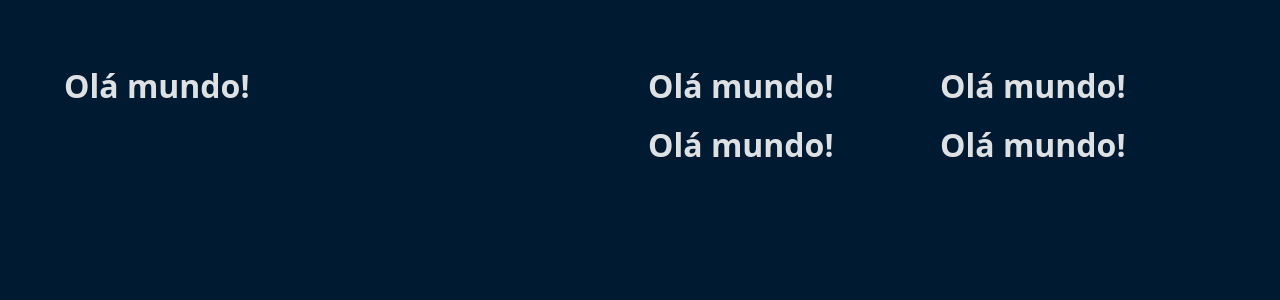
Repository: pedroantoniosi/ngm-esports-site
Page: /
The author's editor kept a copy of each file at every save. The page is drawn from the files as they stood at one save, then again after a run of saves.
The browser window is 1280 px wide. The pictures show the whole page.
The project was rebuilt for these pictures with package versions that can differ from the ones it lists, and the page was loaded fresh each time. Also part of the build but not shown: vite.config.ts.

Above is the page before, as saved 2025-10-26 00:54:38.

### index.html
<!doctype html>
<html lang="en">
  <head>
    <meta charset="UTF-8" />
    <link rel="icon" type="image/svg+xml" href="/vite.svg" />
    <meta name="viewport" content="width=device-width, initial-scale=1.0" />
    <title>ngmesports</title>
  </head>
  <body>
    <div id="root"></div>
    <script type="module" src="/src/main.tsx"></script>
  </body>
</html>

### src/main.tsx
import { StrictMode } from "react";
import { createRoot } from "react-dom/client";
import "./index.css";
import "./reset.css";
import App from "./App.tsx";

createRoot(document.getElementById("root")!).render(
  <StrictMode>
    <App />
  </StrictMode>
);

### src/index.css
:root {
  font-family: system-ui, Avenir, Helvetica, Arial, sans-serif;
  font-weight: 400;

  color-scheme: light dark;
  color: rgba(255, 255, 255, 0.87);
  background-color: #001A32;

  font-synthesis: none;
  text-rendering: optimizeLegibility;
  -webkit-font-smoothing: antialiased;
  -moz-osx-font-smoothing: grayscale;
}

.container {
  margin: 0 auto;
  max-width: 1660px;
}




.hero-container {
  background-color: red;
  min-height: 100svh;
  background-image: url('./assets/img/banner.png');
  background-repeat: no-repeat;
  background-size: cover;
}



.news-content {
  padding: 4rem;
  display: grid;
  grid-template-columns: repeat(4, 1fr);
  grid-template-rows: repeat(2, 1fr);
  gap: 16px;

  & :nth-child(1) {
    grid-column: span 2 / span 2;
    grid-row: span 2 / span 2;
  }

  & :nth-child(2) {
    grid-column-start: 3;
  }

  & :nth-child(3) {
    grid-column-start: 4;
  }

  & :nth-child(4) {
    grid-column-start: 3;
    grid-row-start: 2;
  }

  & :nth-child(5) {
    grid-column-start: 4;
    grid-row-start: 2;
  }
}

### src/reset.css
/* <!-- ----------------------------------------------------------------------------------------------------------------- --> */
*,
*::before,
*::after {
  margin: 0;
  padding: 0;
  box-sizing: border-box;
  font-family: system-ui, -apple-system, BlinkMacSystemFont, "Segoe UI", Roboto, Oxygen, Ubuntu, Cantarell, "Open Sans", "Helvetica Neue", sans-serif;
}

input,
button,
select,
textarea {
  cursor: pointer;
  border: transparent;
  background-color: transparent;
  outline: none;
}

textarea {
  resize: none;
  min-height: 150px;

  /* Scrollbar moderno */
  &::-webkit-scrollbar {
    width: 12px;
    /* largura da barra lateral */
    height: 12px;
    /* altura da barra inferior */
  }

  &::-webkit-scrollbar-track {
    background: #0f0f0f;
    /* fundo do track */
  }

  &::-webkit-scrollbar-thumb {
    background-color: #555;
    border-radius: 10px;
    transition: background-color 0.3s ease;

    &:hover {
      background-color: #777;
      /* efeito hover suave */
    }

    &:active {
      background-color: #999;
      /* quando clica */
    }
  }

  /* Firefox */
  scrollbar-width: thin;
  scrollbar-color: #555 #0f0f0f;
}

ul,
ol {
  list-style: none;
}

a {
  text-decoration: none;
}

img,
picture {
  max-width: 100%;
  display: block;
  height: auto;
}

/* <!-- ----------------------------------------------------------------------------------------------------------------- --> */
.row-auto {
  display: flex;

  &>* {
    display: flex;
    flex: 1;
  }
}

.flex-1 {
  display: flex;
  flex: 1;
}

.flex-wrap {
  display: flex;
  flex-wrap: wrap;
}

/* <!-- ----------------------------------------------------------------------------------------------------------------- --> */
.row,
.row-xl,
.row-lg,
.row-md,
.row-sm {
  display: flex;
  flex-direction: row;
}

.col,
.col-xl,
.col-lg,
.col-md,
.col-sm {
  display: flex;
  flex-direction: column;
}

.row-reverse {
  display: flex;
  flex-direction: row-reverse;
}

.col-reverse {
  display: flex;
  flex-direction: column-reverse;
}

/* <!-- ----------------------------------------------------------------------------------------------------------------- --> */
.justify-center {
  justify-content: center;
}

.justify-around {
  justify-content: space-around;
}

.justify-between {
  justify-content: space-between;
}

.justify-evenly {
  justify-content: space-evenly;
}

.justify-start {
  justify-content: flex-start;
}

.justify-end {
  justify-content: flex-end;
}

/* <!-- ----------------------------------------------------------------------------------------------------------------- --> */
.align-center {
  align-items: center;
}

.align-start {
  align-items: start;
}

.align-end {
  align-items: end;
}

.align-self-center {
  align-self: center;
}

.align-self-start {
  align-self: flex-start;
}

.align-self-end {
  align-self: end;
}

/* <!-- ----------------------------------------------------------------------------------------------------------------- --> */
.gap-05 {
  gap: 0.5rem;
}

.gap-1 {
  gap: 1rem;
}

.gap-2 {
  gap: 2rem;
}

.gap-3 {
  gap: 3rem;
}

.gap-4 {
  gap: 4rem;
}

.gap-5 {
  gap: 5rem;
}

/* <!-- ----------------------------------------------------------------------------------------------------------------- --> */
.grid-auto {
  display: grid;
  grid-auto-flow: column;
  grid-auto-columns: 1fr;
}

.grid-2 {
  grid-template-columns: repeat(2, 1fr);
  grid-template-rows: auto;
}

.grid-3 {
  grid-template-columns: repeat(3, 1fr);
  grid-template-rows: auto;
}

.grid-4 {
  grid-template-columns: repeat(4, 1fr);
  grid-template-rows: auto;
}

.grid-5 {
  grid-template-columns: repeat(5, 1fr);
  grid-template-rows: auto;
}

.grid-6 {
  grid-template-columns: repeat(6, 1fr);
  grid-template-rows: auto;
}

.grid-7 {
  grid-template-columns: repeat(7, 1fr);
  grid-template-rows: auto;
}

.grid-8 {
  grid-template-columns: repeat(8, 1fr);
  grid-template-rows: auto;
}

.grid-9 {
  grid-template-columns: repeat(9, 1fr);
  grid-template-rows: auto;
}

.grid-10 {
  grid-template-columns: repeat(10, 1fr);
  grid-template-rows: auto;
}

.grid-11 {
  grid-template-columns: repeat(11, 1fr);
  grid-template-rows: auto;
}

.grid-12 {
  grid-template-columns: repeat(12, 1fr);
  grid-template-rows: auto;
}

.grid-2,
.grid-3,
.grid-4,
.grid-5,
.grid-6,
.grid-7,
.grid-8,
.grid-9,
.grid-10,
.grid-11,
.grid-12 {
  display: grid;
  grid-template-rows: 1fr;
}

/* <!-- -------------------------------- Margin -------------------------------- --> */
.m-auto {
  margin: 0 auto;
}

.mt-auto {
  margin-top: auto;
}

.mb-auto {
  margin-bottom: auto;
}

.ms-auto {
  margin-left: auto;
}

.me-auto {
  margin-right: auto;
}

.m-0 {
  margin: 0;
}

.m-05 {
  margin: 0.5rem;
}

.m-1 {
  margin: 1rem;
}

.m-2 {
  margin: 2rem;
}

.m-3 {
  margin: 3rem;
}

.m-4 {
  margin: 4rem;
}

.m-5 {
  margin: 5rem;
}

.mt-05 {
  margin-top: 0.5rem;
}

.mt-1 {
  margin-top: 1rem;
}

.mt-2 {
  margin-top: 2rem;
}

.mt-3 {
  margin-top: 3rem;
}

.mt-4 {
  margin-top: 4rem;
}

.mt-5 {
  margin-top: 5rem;
}

.mb-05 {
  margin-bottom: 0.5rem;
}

.mb-1 {
  margin-bottom: 1rem;
}

.mb-2 {
  margin-bottom: 2rem;
}

.mb-3 {
  margin-bottom: 3rem;
}

.mb-4 {
  margin-bottom: 4rem;
}

.mb-5 {
  margin-bottom: 5rem;
}

.ms-05 {
  margin-left: 0.5rem;
}

.ms-1 {
  margin-left: 1rem;
}

.ms-2 {
  margin-left: 2rem;
}

.ms-3 {
  margin-left: 3rem;
}

.ms-4 {
  margin-left: 4rem;
}

.ms-5 {
  margin-left: 5rem;
}

.me-05 {
  margin-right: 0.5rem;
}

.me-1 {
  margin-right: 1rem;
}

.me-2 {
  margin-right: 2rem;
}

.me-3 {
  margin-right: 3rem;
}

.me-4 {
  margin-right: 4rem;
}

.me-5 {
  margin-right: 5rem;
}

.mx-05 {
  margin-left: 0.5rem;
  margin-right: 0.5rem;
}

.mx-1 {
  margin-left: 1rem;
  margin-right: 1rem;
}

.mx-2 {
  margin-left: 2rem;
  margin-right: 2rem;
}

.mx-3 {
  margin-left: 3rem;
  margin-right: 3rem;
}

.mx-4 {
  margin-left: 4rem;
  margin-right: 4rem;
}

.mx-5 {
  margin-left: 5rem;
  margin-right: 5rem;
}

.my-05 {
  margin-top: 0.5rem;
  margin-bottom: 0.5rem;
}

.my-1 {
  margin-top: 1rem;
  margin-bottom: 1rem;
}

.my-2 {
  margin-top: 2rem;
  margin-bottom: 2rem;
}

.my-3 {
  margin-top: 3rem;
  margin-bottom: 3rem;
}

.my-4 {
  margin-top: 4rem;
  margin-bottom: 4rem;
}

.my-5 {
  margin-top: 5rem;
  margin-bottom: 5rem;
}

/* <!-- -------------------------------- Padding -------------------------------- --> */
.p-0 {
  padding: 0;
}

.p-05 {
  padding: 0.5rem;
}

.p-1 {
  padding: 1rem;
}

.p-2 {
  padding: 2rem;
}

.p-3 {
  padding: 3rem;
}

.p-4 {
  padding: 4rem;
}

.p-5 {
  padding: 5rem;
}

.pt-05 {
  padding-top: 0.5rem;
}

.pt-1 {
  padding-top: 1rem;
}

.pt-2 {
  padding-top: 2rem;
}

.pt-3 {
  padding-top: 3rem;
}

.pt-4 {
  padding-top: 4rem;
}

.pt-5 {
  padding-top: 5rem;
}

.pb-05 {
  padding-bottom: 0.5rem;
}

.pb-1 {
  padding-bottom: 1rem;
}

.pb-2 {
  padding-bottom: 2rem;
}

.pb-3 {
  padding-bottom: 3rem;
}

.pb-4 {
  padding-bottom: 4rem;
}

.pb-5 {
  padding-bottom: 5rem;
}

.ps-05 {
  padding-left: 0.5rem;
}

.ps-1 {
  padding-left: 1rem;
}

.ps-2 {
  padding-left: 2rem;
}

.ps-3 {
  padding-left: 3rem;
}

.ps-4 {
  padding-left: 4rem;
}

.ps-5 {
  padding-left: 5rem;
}

.pe-05 {
  padding-right: 0.5rem;
}

.pe-1 {
  padding-right: 1rem;
}

.pe-2 {
  padding-right: 2rem;
}

.pe-3 {
  padding-right: 3rem;
}

.pe-4 {
  padding-right: 4rem;
}

.pe-5 {
  padding-right: 5rem;
}

.px-05 {
  padding-left: 0.5rem;
  padding-right: 0.5rem;
}

.px-1 {
  padding-left: 1rem;
  padding-right: 1rem;
}

.px-2 {
  padding-left: 2rem;
  padding-right: 2rem;
}

.px-3 {
  padding-left: 3rem;
  padding-right: 3rem;
}

.px-4 {
  padding-left: 4rem;
  padding-right: 4rem;
}

.px-5 {
  padding-left: 5rem;
  padding-right: 5rem;
}

.py-05 {
  padding-top: 0.5rem;
  padding-bottom: 0.5rem;
}

.py-1 {
  padding-top: 1rem;
  padding-bottom: 1rem;
}

.py-2 {
  padding-top: 2rem;
  padding-bottom: 2rem;
}

.py-3 {
  padding-top: 3rem;
  padding-bottom: 3rem;
}

.py-4 {
  padding-top: 4rem;
  padding-bottom: 4rem;
}

.py-5 {
  padding-top: 5rem;
  padding-bottom: 5rem;
}

/* <!-- -------------------------------- Tools -------------------------------- --> */
.position-absolute {
  position: absolute;
}

.center-aboslute {
  top: 50%;
  left: 50%;
  transform: translate(-50%, -50%);
}

.position-relative {
  position: relative;
}

.position-fixed {
  position: fixed;
}

.position-sticky {
  position: sticky;
}

/* <!-- -------------------------------- Display -------------------------------- --> */
.row,
.row-xl,
.row-lg,
.row-md,
.row-sm {
  display: flex;
}

.d-grid,
.d-grid-xl,
.d-grid-lg,
.d-grid-md,
.d-grid-sm {
  display: grid;
}

.d-none,
.d-none-xl,
.d-none-lg,
.d-none-md,
.d-none-sm {
  display: none;
}

.d-block,
.d-block-xl,
.d-block-lg,
.d-block-md,
.d-block-sm {
  display: block;
}

.d-flex,
.d-flex-xl,
.d-flex-lg,
.d-flex-md,
.d-flex-sm {
  display: flex;
}

/* <!-- -------------------------------- Tools -------------------------------- --> */
.cursor-pointer {
  cursor: pointer;
}

.overflow-hidden {
  overflow: hidden;
}

.textwrap-none {
  white-space: none;
}

.select-none {
  -webkit-user-select: none;
  -moz-user-select: none;
  user-select: none;
}

.text-center {
  text-align: center;
}

.place-center {
  place-items: center;
}

.w-100 {
  width: 100%;
}

.h-100 {
  height: 100%;
}

/* Large screen devices (Desktops) */
@media (max-width: 992px) {
  .row-lg {
    display: flex;
    flex-direction: column;
  }

  .d-flex-lg {
    display: none;
  }

  .d-none-lg {
    display: block;
  }
}

/* Medium Screens Devices (Tablets) */
@media (max-width: 768px) {
  .row-md {
    display: flex;
    flex-direction: column;
  }

  .d-flex-md {
    display: none;
  }

  .d-none-md {
    display: block;
  }
}

/*  Small devices (Phones) */
@media (max-width: 568px) {
  .row-sm {
    display: flex;
    flex-direction: column;
  }

  .d-flex-sm {
    display: none;
  }

  .d-none-sm {
    display: block;
  }
}

/*# sourceMappingURL=reset.css.map */

### src/App.tsx
import Hero from "./components/Hero/Index";
import NewsTemplate from "./components/Template/NewsTemplate";
import Container from "./components/Container/Index";

function App() {
  return (
    <>
      <Hero />
      <Container>
        <NewsTemplate />
      </Container>
    </>
  );
}

export default App;

### src/components/Hero/Index.tsx
import React from "react";

interface NewsProps {
  img?: string;
  title?: string;
  subtitle?: string;
  date?: number;
  children?: React.ReactNode;
}

const Hero = ({ img, title, subtitle, children }: NewsProps) => {
  return <section className="card" aria-label="Card"></section>;
};

export default Hero;

### src/components/Template/NewsTemplate.tsx
const NewsTemplate = () => {
  return (
    <>
      <div className="news-content">
        <h1>Olá mundo!</h1>
        <h1>Olá mundo!</h1>
        <h1>Olá mundo!</h1>
        <h1>Olá mundo!</h1>
        <h1>Olá mundo!</h1>
      </div>
    </>
  );
};

export default NewsTemplate;

### src/components/Container/Index.tsx
import type { ReactNode } from "react";

type ContainerProps = {
  children: ReactNode;
};

const Container = ({ children }: ContainerProps) => {
  return <div className="container">{children}</div>;
};

export default Container;

After the next 2 saves:
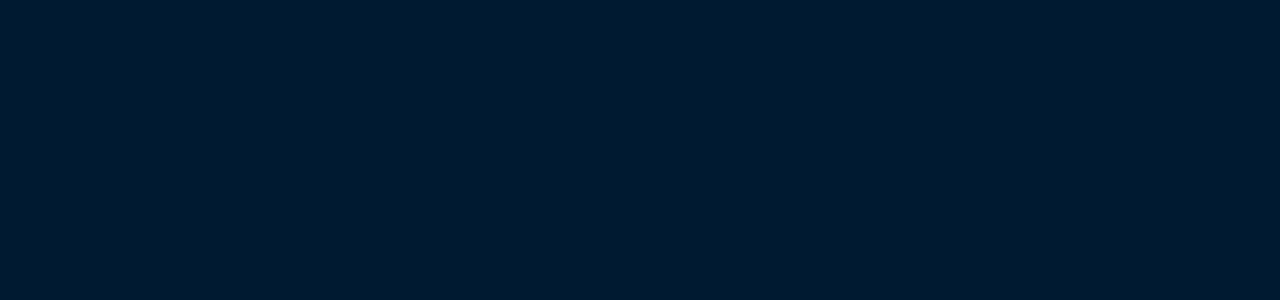
Console error: ReferenceError: Hero is not defined
The 2 saves are shown as one change because they came seconds apart.
The last was saved 11 s later.
--- a/src/components/Hero/Index.tsx
+++ b/src/components/Hero/Index.tsx
@@ -8,8 +8,8 @@
   children?: React.ReactNode;
 }
 
-const Hero = ({ img, title, subtitle, children }: NewsProps) => {
-  return <section className="card" aria-label="Card"></section>;
+const Card = ({ img, title, subtitle, children }: NewsProps) => {
+  return <div className="card" aria-label="Card"></div>;
 };
 
 export default Hero;

After the save that followed:
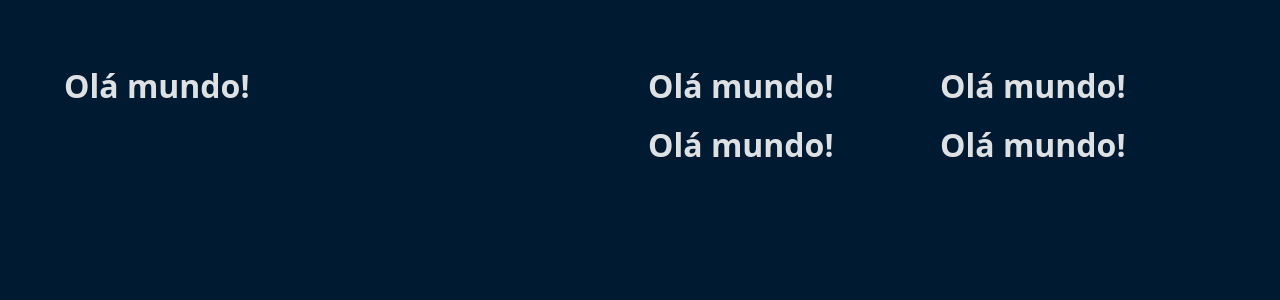
The error is gone.
Saved 6 s later.
--- a/src/components/Hero/Index.tsx
+++ b/src/components/Hero/Index.tsx
@@ -12,4 +12,4 @@
   return <div className="card" aria-label="Card"></div>;
 };
 
-export default Hero;
+export default Card;
